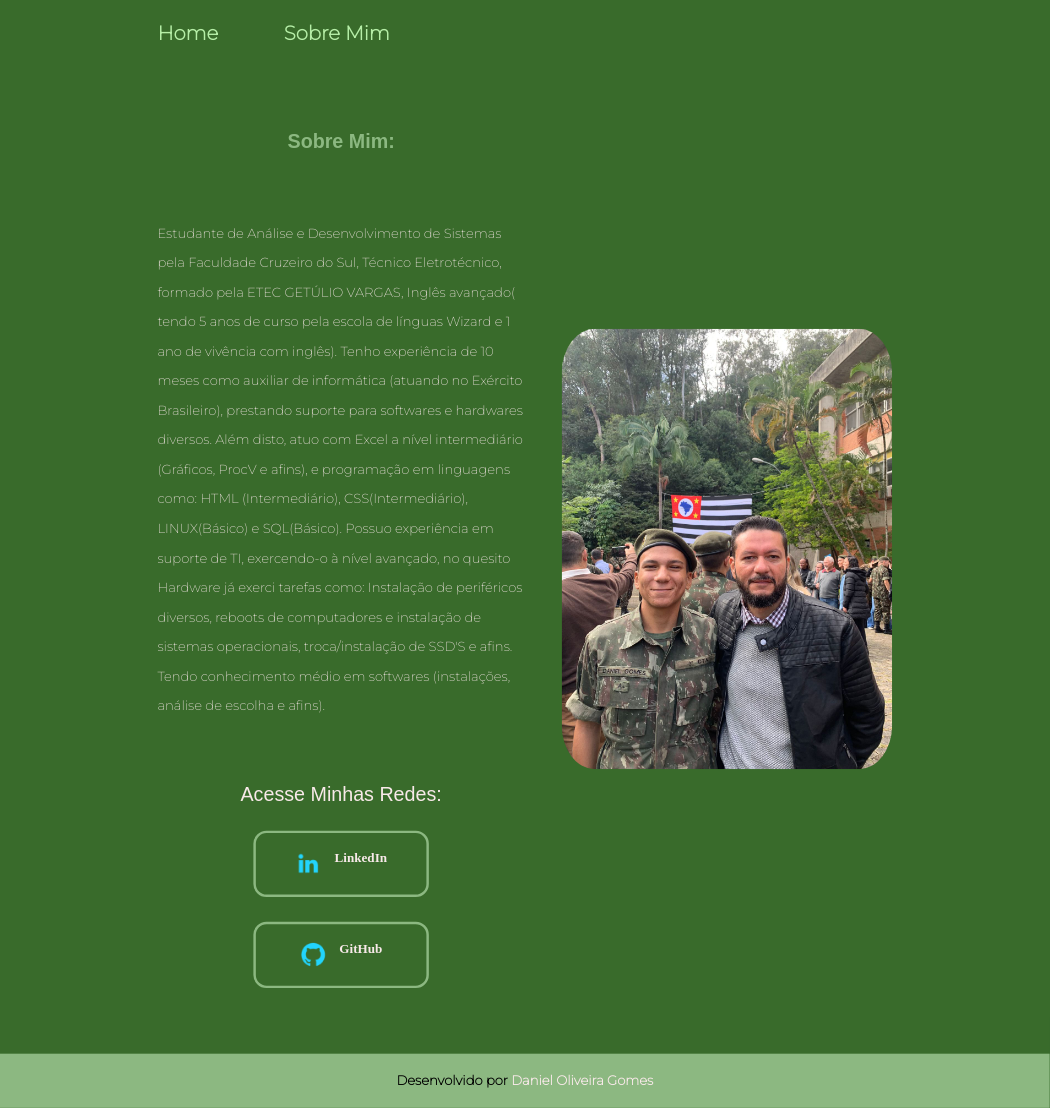
Repository: DamnDTX/Portfolio-Daniel-Oliveira-1
Page: about.html
These files come from the project's save history. The page is drawn as it stood at one moment and after the next save; the edit follows.
The browser window is 1280 px wide. The pictures show the whole page, at 82% of full size.
Some web fonts or font styles are not loaded; a fallback is used.

Above is the page before, as saved 2023-07-11 18:25:06.

After the next save:
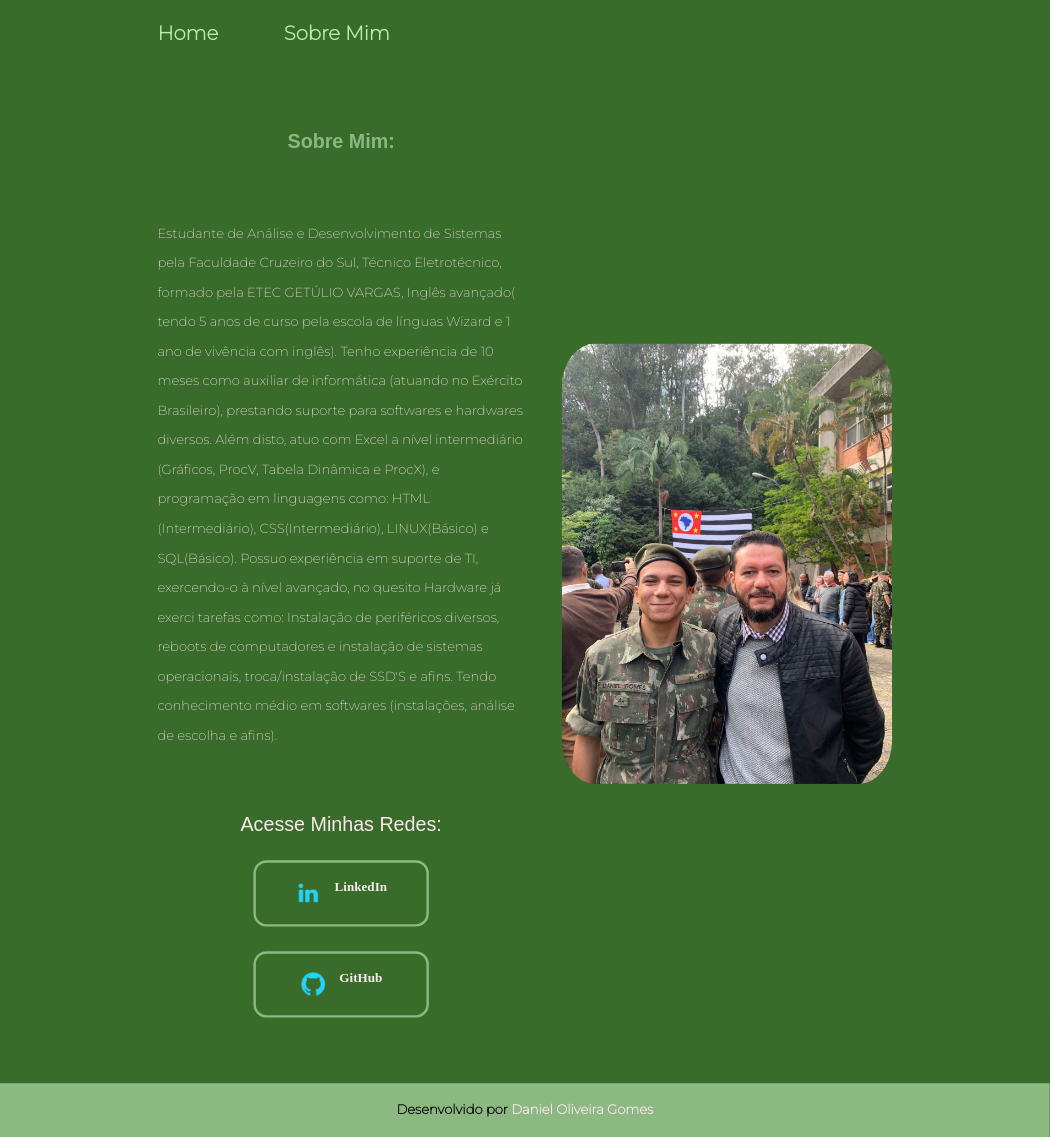
Saved 9 min 13 s later.
--- a/about.html
+++ b/about.html
@@ -26,7 +26,7 @@
         </h1>
 
         <h4 class="principal__conteudo__apresentacao">
-            Estudante de Análise e Desenvolvimento de Sistemas pela Faculdade Cruzeiro do Sul, Técnico Eletrotécnico, formado pela ETEC GETÚLIO VARGAS, Inglês avançado( tendo 5 anos de curso pela escola de línguas Wizard e 1 ano de vivência com inglês). Tenho experiência de 10 meses como auxiliar de informática (atuando no Exército Brasileiro), prestando suporte para softwares e hardwares diversos. Além disto, atuo com Excel a nível intermediário (Gráficos, ProcV e afins), e programação em linguagens como: HTML (Intermediário), CSS(Intermediário), LINUX(Básico) e SQL(Básico). Possuo experiência em suporte de TI, exercendo-o à nível avançado, no quesito Hardware já exerci tarefas como: Instalação de periféricos diversos, reboots de computadores e instalação de sistemas operacionais, troca/instalação de SSD'S e afins. Tendo conhecimento médio em softwares (instalações, análise de escolha e afins).
+            Estudante de Análise e Desenvolvimento de Sistemas pela Faculdade Cruzeiro do Sul, Técnico Eletrotécnico, formado pela ETEC GETÚLIO VARGAS, Inglês avançado( tendo 5 anos de curso pela escola de línguas Wizard e 1 ano de vivência com inglês). Tenho experiência de 10 meses como auxiliar de informática (atuando no Exército Brasileiro), prestando suporte para softwares e hardwares diversos. Além disto, atuo com Excel a nível intermediário (Gráficos, ProcV, Tabela Dinâmica e ProcX), e programação em linguagens como: HTML (Intermediário), CSS(Intermediário), LINUX(Básico) e SQL(Básico). Possuo experiência em suporte de TI, exercendo-o à nível avançado, no quesito Hardware já exerci tarefas como: Instalação de periféricos diversos, reboots de computadores e instalação de sistemas operacionais, troca/instalação de SSD'S e afins. Tendo conhecimento médio em softwares (instalações, análise de escolha e afins).
         </h4>
         <div class="principal__links">
             <h2 class="principal__links__subtitulo">Acesse Minhas Redes:</h2>
